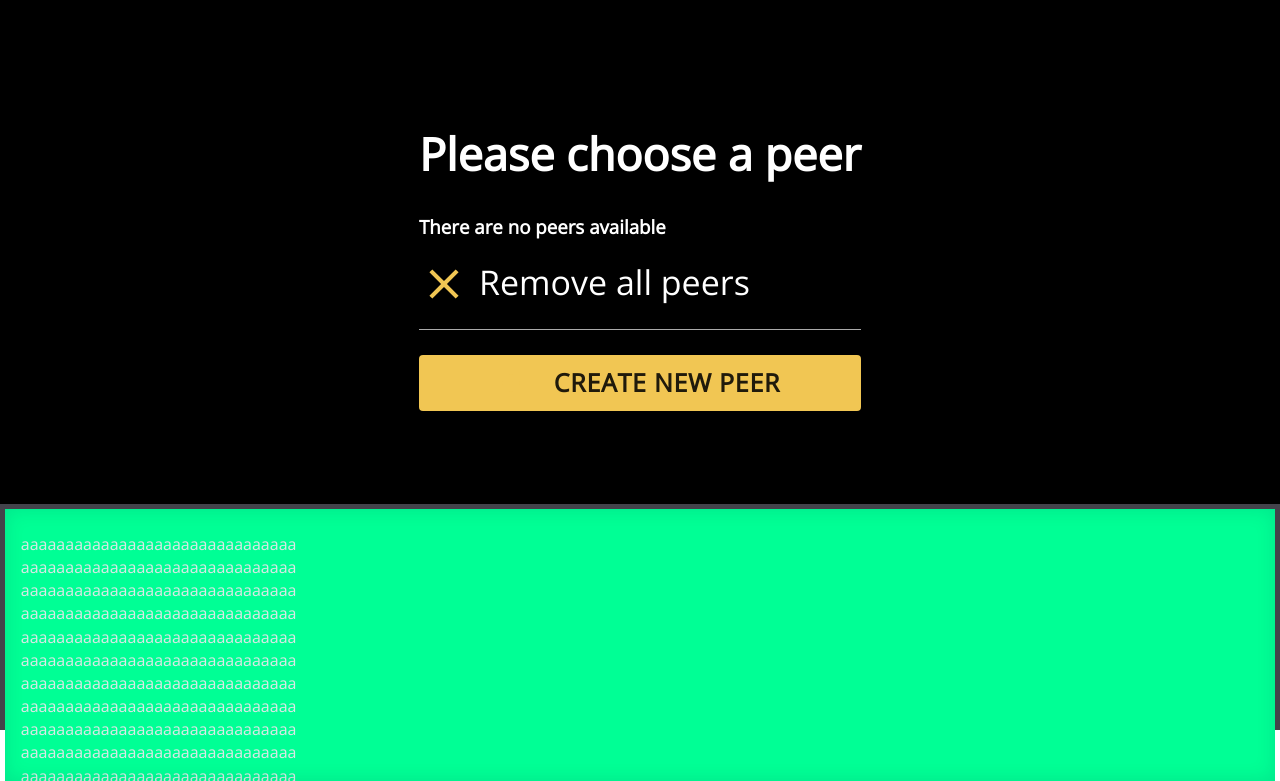
Repository: Bachdz/ASAP-Gui-Frontend
Page: /login
The author's editor kept a copy of each file at every save. The page is drawn from the files as they stood at one save, then again after the next save.
The browser window is 1280 px wide. The pictures show the whole page.
The page's requests for data from a server got no answer. The project was rebuilt for these pictures with package versions that can differ from the ones it lists, and the page was loaded fresh each time. No one was signed in, and anything a server would have sent is missing. Also part of the build but not shown: src/css/loginscreen/Peer.css, src/components/fragments/Footer.js, src/components/mainscreen/subcomponents/Apps.js, src/css/mainscreen/Main.css, src/components/mainscreen/Main.js.

Above is the page before, as saved 2020-12-16 19:54:23.

After the next save:
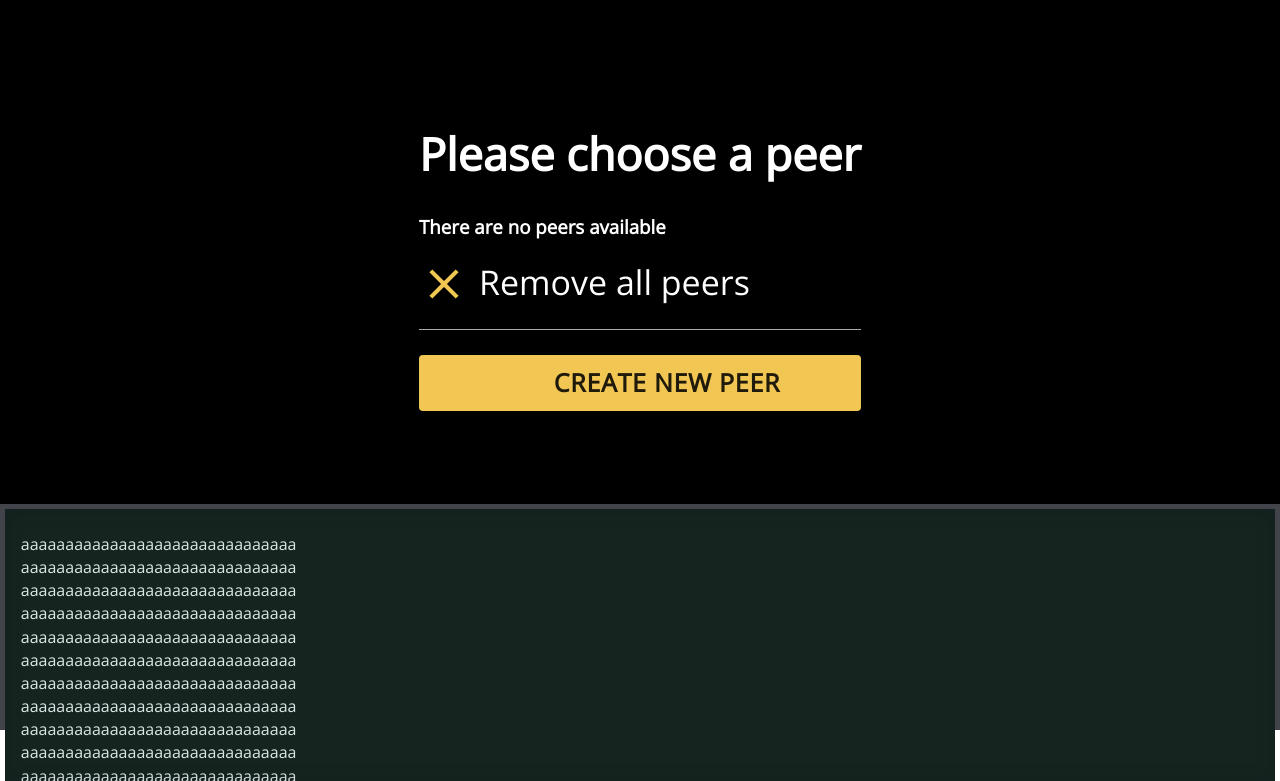
Saved 7 s later.
--- a/src/css/Terminal.css
+++ b/src/css/Terminal.css
@@ -85,7 +85,7 @@
     height: 100%;
     overflow-y: scroll;
     white-space: pre-wrap;
-    background: #00ff95;
+    background: #15241e;
     color: #dce6e6;
     margin: 0 auto;
     font-family: Monaco, Consolas, "Lucida Console", monospace;
